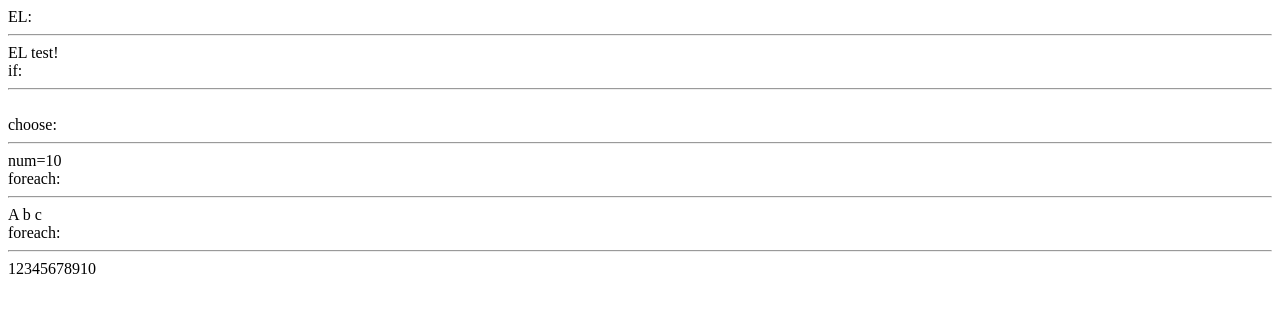
Repository: icankeep/Java
Page: http://localhost/web-crud/test.jsp
The author's editor kept a copy of each file at every save. The page is drawn from the files as they stood at one save, then again after the next save.
The browser window is 1280 px wide. The pictures show the whole page.
The page is served by Tomcat 9. Other server files are loaded and not shown.

Above is the page before, as saved 2018-12-04 11:47:10.

### workspace/web-crud/webapp/test.jsp
<%@ page language="java" contentType="text/html; charset=UTF-8" import="java.util.Arrays"%>
<%@taglib uri="http://java.sun.com/jsp/jstl/core" prefix="c"%>
<!DOCTYPE html PUBLIC "-//W3C//DTD HTML 4.01 Transitional//EN" "http://www.w3.org/TR/html4/loose.dtd">
<html>
<head>
<meta http-equiv="Content-Type" content="text/html; charset=UTF-8">
<title>Insert title here</title>
</head>
<body>
	EL:
	<hr/>
	<%
		String test = "EL test!";
		request.setAttribute("test", test);
		request.setAttribute("num", 10);
		request.setAttribute("str",Arrays.asList("A","b","c"));
	%>
	${test}
	<br/>
	if:
	<hr/>
	<c:if test="${num > 10}">num>10</c:if>
	<br/>
	choose:
	<hr/>
	<c:choose>
		<c:when test="${num == 10}">num=10</c:when>
		<c:otherwise>num!=10</c:otherwise>
	</c:choose>
	<br/>
	foreach:
	<hr/>
	<c:forEach items="${str}" var="s">
		${s}
	</c:forEach>
	<br/>
	foreach:
	<hr/>
	<c:forEach begin="1" step="1" end="10" var="num">${num}</c:forEach>

</body>
</html>

After the next save:
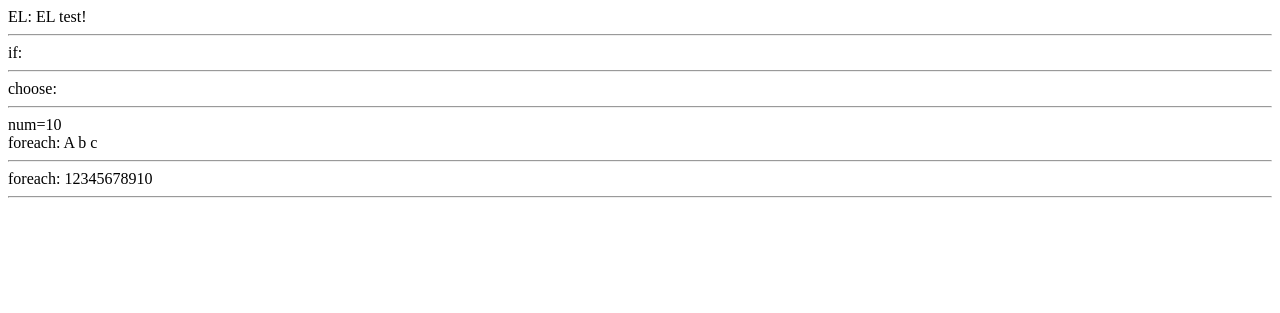
Saved 105 s later.
--- a/workspace/web-crud/webapp/test.jsp
+++ b/workspace/web-crud/webapp/test.jsp
@@ -8,7 +8,6 @@
 </head>
 <body>
 	EL:
-	<hr/>
 	<%
 		String test = "EL test!";
 		request.setAttribute("test", test);
@@ -16,11 +15,10 @@
 		request.setAttribute("str",Arrays.asList("A","b","c"));
 	%>
 	${test}
-	<br/>
+	<hr/>
 	if:
+	<c:if test="${num > 10}">num>10</c:if>
 	<hr/>
-	<c:if test="${num > 10}">num>10</c:if>
-	<br/>
 	choose:
 	<hr/>
 	<c:choose>
@@ -29,14 +27,13 @@
 	</c:choose>
 	<br/>
 	foreach:
-	<hr/>
 	<c:forEach items="${str}" var="s">
 		${s}
 	</c:forEach>
-	<br/>
+	<hr/>
 	foreach:
+	<c:forEach begin="1" step="1" end="10" var="num">${num}</c:forEach>
 	<hr/>
-	<c:forEach begin="1" step="1" end="10" var="num">${num}</c:forEach>
 
 </body>
 </html>
